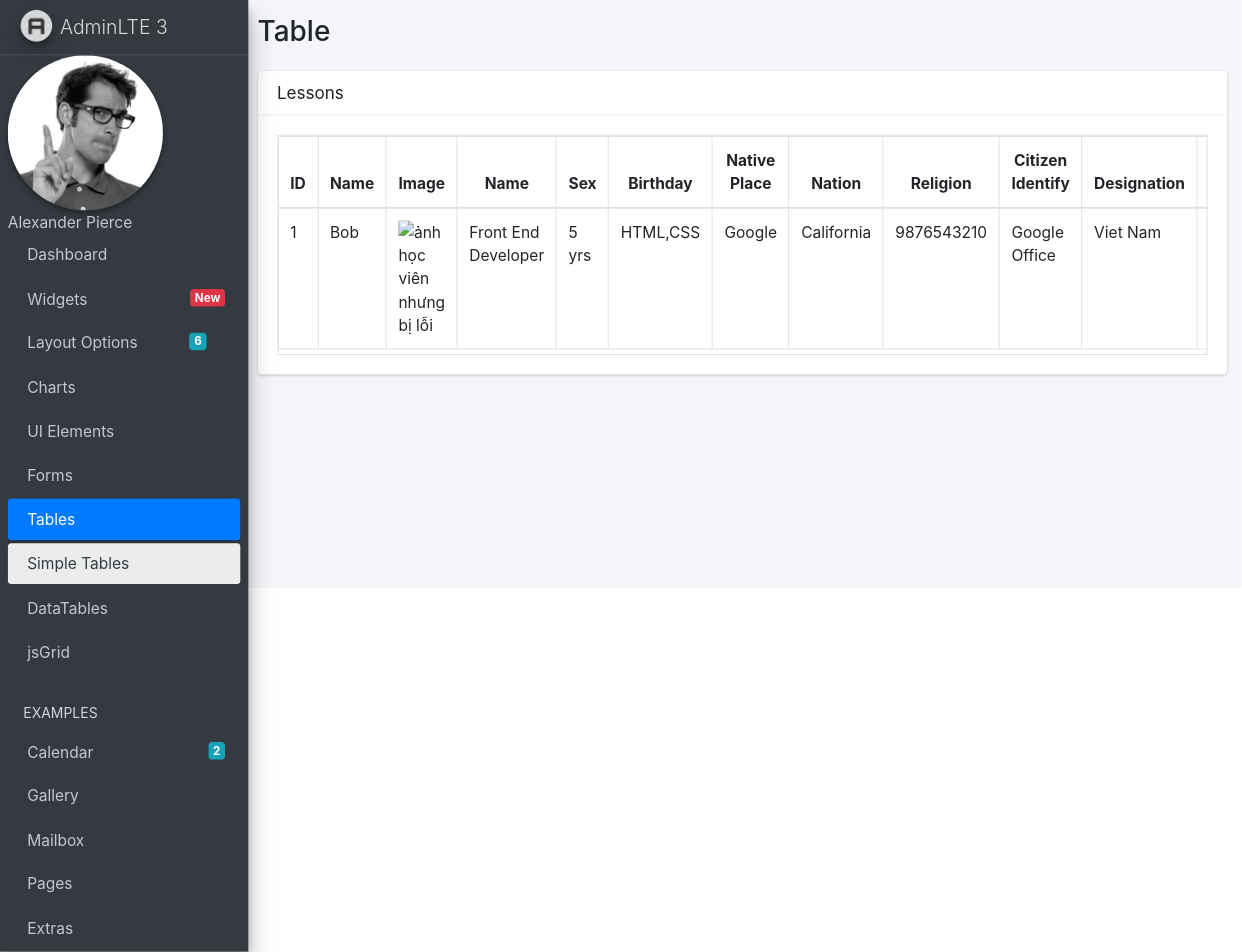
Repository: huyennvo/table
Page: http://localhost/table/students
The author's editor kept a copy of each file at every save. The page is drawn from the files as they stood at one save, then again after the next save.
The browser window is 1280 px wide. The pictures show the whole page, at 97% of full size.
Some web fonts or font styles are not loaded; a fallback is used. The page is served by the project's Laravel application, run on PHP 8.4 with Laravel 8.

Above is the page before, as saved 2022-08-11 21:59:24.

After the next save:
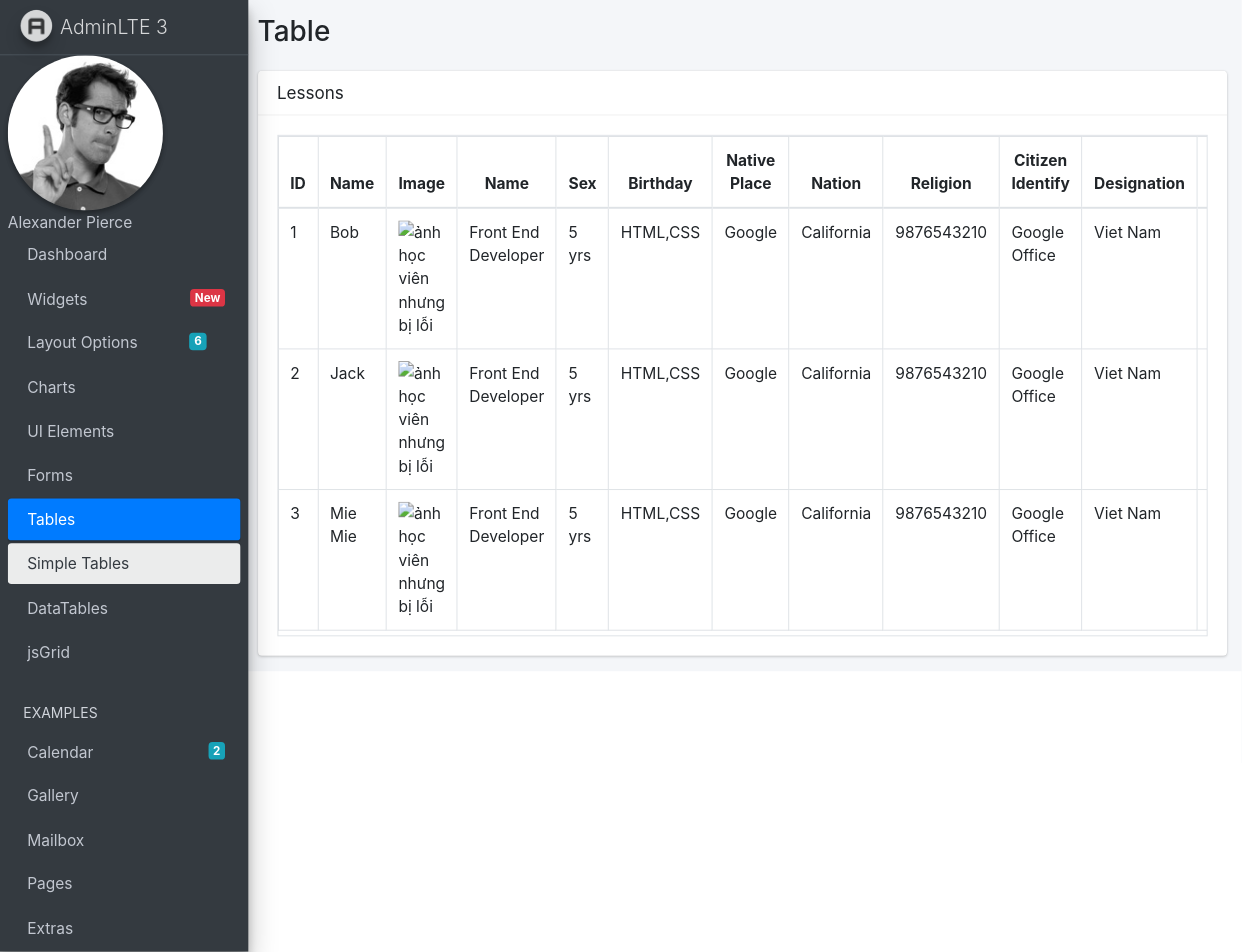
Saved 61 s later.
--- a/resources/views/students.blade.php
+++ b/resources/views/students.blade.php
@@ -80,6 +80,72 @@
                                     <td>Doctor</td>
                                     <td>PoliceMan</td>
                                 </tr>
+
+                                <tr>
+                                    <td class="fix-col1">2</td>
+                                    <td class="fix-col2">Jack</td>
+                                    <td>
+                                        <img src="" alt="ảnh học viên nhưng bị lỗi">
+                                    </td>
+                                    <td>Front End Developer</td>
+                                    <td>5 yrs</td>
+                                    <td>HTML,CSS</td>
+                                    <td>Google</td>
+                                    <td>California</td>
+                                    <td>9876543210</td>
+                                    <td>Google Office</td>
+                                    <td>Viet Nam</td>
+                                    <td>3 years</td>
+                                    <td>Java</td>
+                                    <td>Viettel</td>
+                                    <td>Ha Noi</td>
+                                    <td>1</td>
+                                    <td>Guom Lake</td>
+                                    <td>111-111-111</td>
+                                    <td>fghjk@gmai.com</td>
+                                    <td>NEU</td>
+                                    <td>Mei Mie</td>
+                                    <td>CS</td>
+                                    <td>Mi Chi</td>
+                                    <td>333-333-333</td>
+                                    <td>Mie Moe</td>
+                                    <td>Mi Mi</td>
+                                    <td>Doctor</td>
+                                    <td>PoliceMan</td>
+                                </tr>
+
+                                <tr>
+                                    <td class="fix-col1">3</td>
+                                    <td class="fix-col2">Mie Mie</td>
+                                    <td>
+                                        <img src="" alt="ảnh học viên nhưng bị lỗi">
+                                    </td>
+                                    <td>Front End Developer</td>
+                                    <td>5 yrs</td>
+                                    <td>HTML,CSS</td>
+                                    <td>Google</td>
+                                    <td>California</td>
+                                    <td>9876543210</td>
+                                    <td>Google Office</td>
+                                    <td>Viet Nam</td>
+                                    <td>3 years</td>
+                                    <td>Java</td>
+                                    <td>Viettel</td>
+                                    <td>Ha Noi</td>
+                                    <td>1</td>
+                                    <td>Guom Lake</td>
+                                    <td>111-111-111</td>
+                                    <td>fghjk@gmai.com</td>
+                                    <td>NEU</td>
+                                    <td>Mei Mie</td>
+                                    <td>CS</td>
+                                    <td>Mi Chi</td>
+                                    <td>333-333-333</td>
+                                    <td>Mie Moe</td>
+                                    <td>Mi Mi</td>
+                                    <td>Doctor</td>
+                                    <td>PoliceMan</td>
+                                </tr>
                             </tbody>
                         </table>
                     </div>
